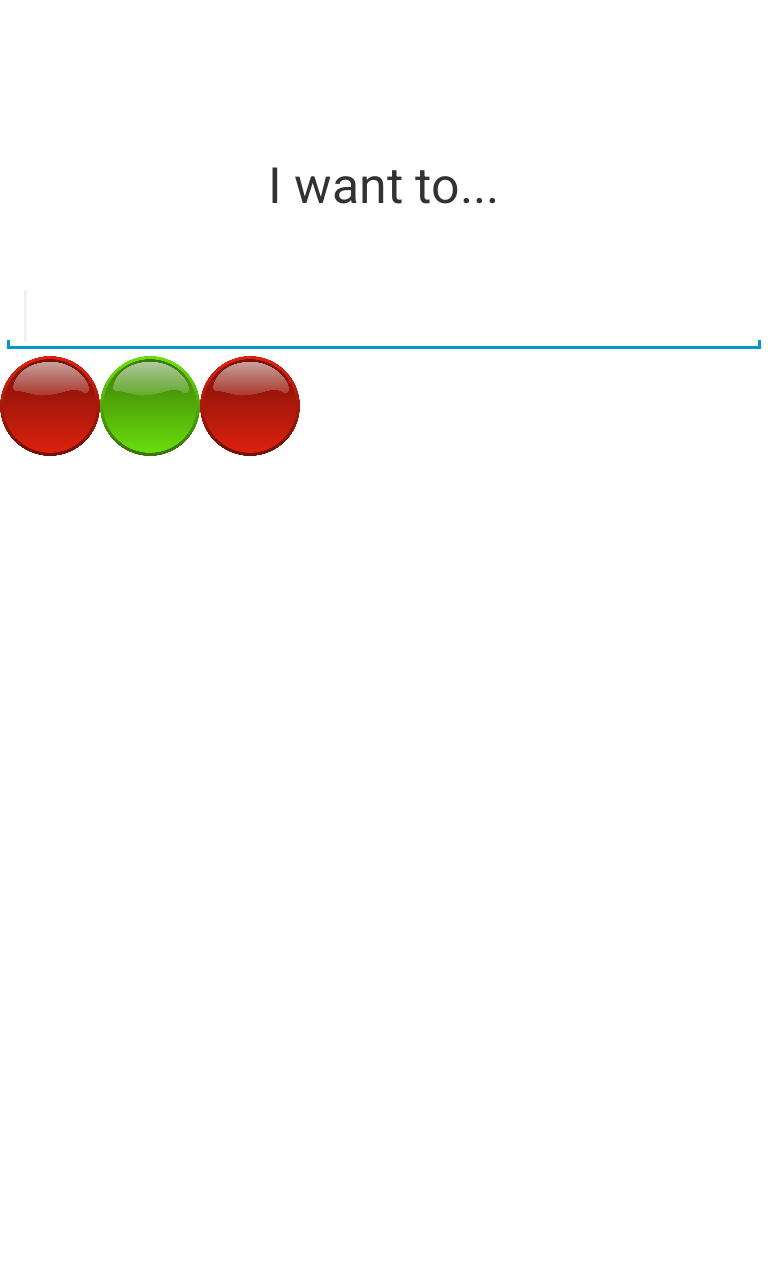
Repository: sbobra/women-startupweekend-sf
Layout: LaundryList/res/layout/activity_goal1.xml
The author's editor kept a copy of each file at every save. The layout is drawn from the files as they stood at one save, then again after a run of saves.
It is drawn on a 768 x 1280 px phone screen (xhdpi) without system bars, with theme AppTheme; the app's code is not run.

Above is the layout before, as saved 2013-09-15 04:14:24.

After the next 2 saves:
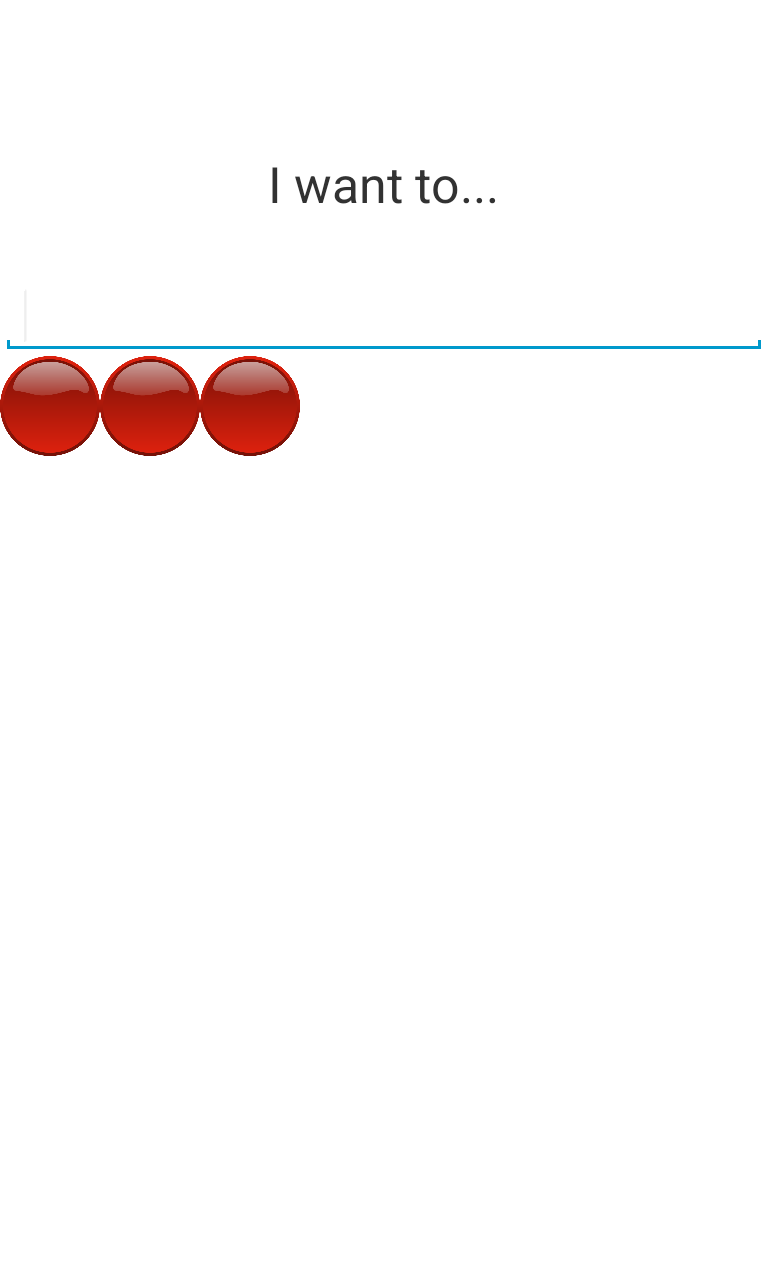
The 2 saves are shown as one change because they came seconds apart.
The last was saved 8 s later.
--- a/LaundryList/res/layout/activity_goal1.xml
+++ b/LaundryList/res/layout/activity_goal1.xml
@@ -32,7 +32,7 @@
             android:orientation="horizontal" >
 
             <ImageView
-                android:id="@+id/imageView1"
+                android:id="@+id/do"
                 android:layout_width="50dp"
                 android:layout_height="50dp"
                 android:src="@drawable/redbutton" />
@@ -41,7 +41,7 @@
                 android:id="@+id/imageView2"
                 android:layout_width="50dp"
                 android:layout_height="50dp"
-                android:src="@drawable/greenbutton" />
+                android:src="@drawable/redbutton" />
 
             <ImageView
                 android:id="@+id/imageView3"
